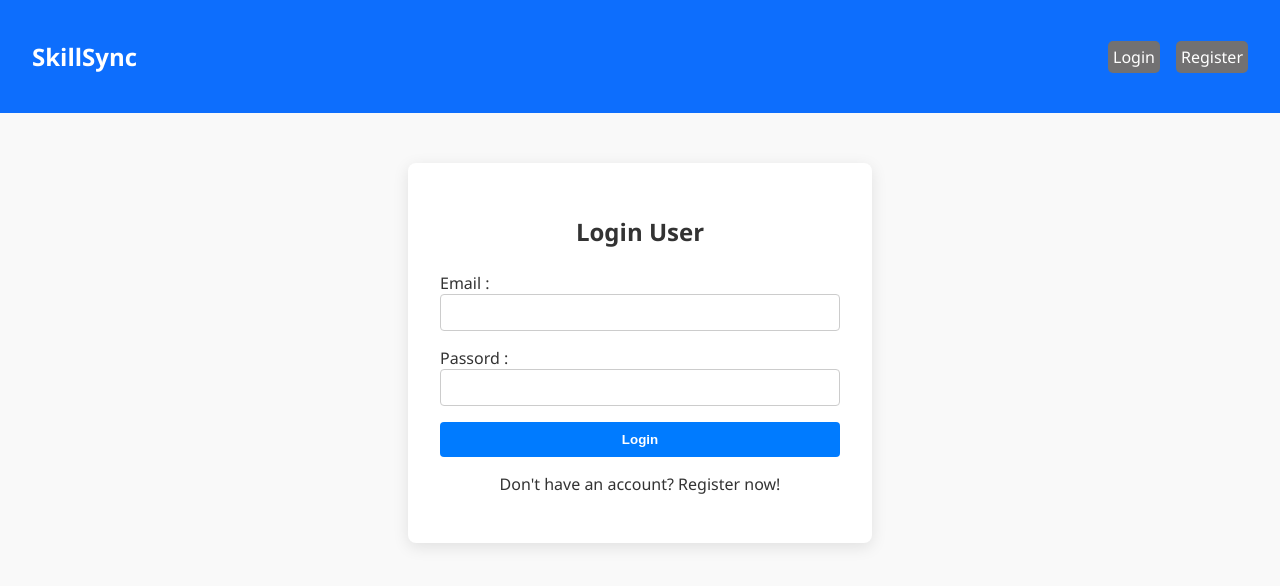
Repository: bharathabhi46/SkillSync-FrontEnd
Page: /UserList
An editor plug-in stored every save of this project. The page is shown before and after a run of saves, followed by the edit.
The browser window is 1280 px wide. The pictures show the whole page.
The project was rebuilt for these pictures with package versions that can differ from the ones it lists, and the page was loaded fresh each time. Also part of the build but not shown: vite.config.js, src/Components/CreateUser/CreateUser.css, src/Components/CreateUser/CreateUser.jsx, src/Components/UserList/UserList.css, src/Components/UserList/UserList.jsx, src/Components/EditUser/EditUser.css, src/Components/EditUser/EditUser.jsx, src/Components/RegisterUser/RegisterUser.css and 3 more.

Above is the page before, as saved 2025-06-28 14:20:08.

After the next 2 saves:
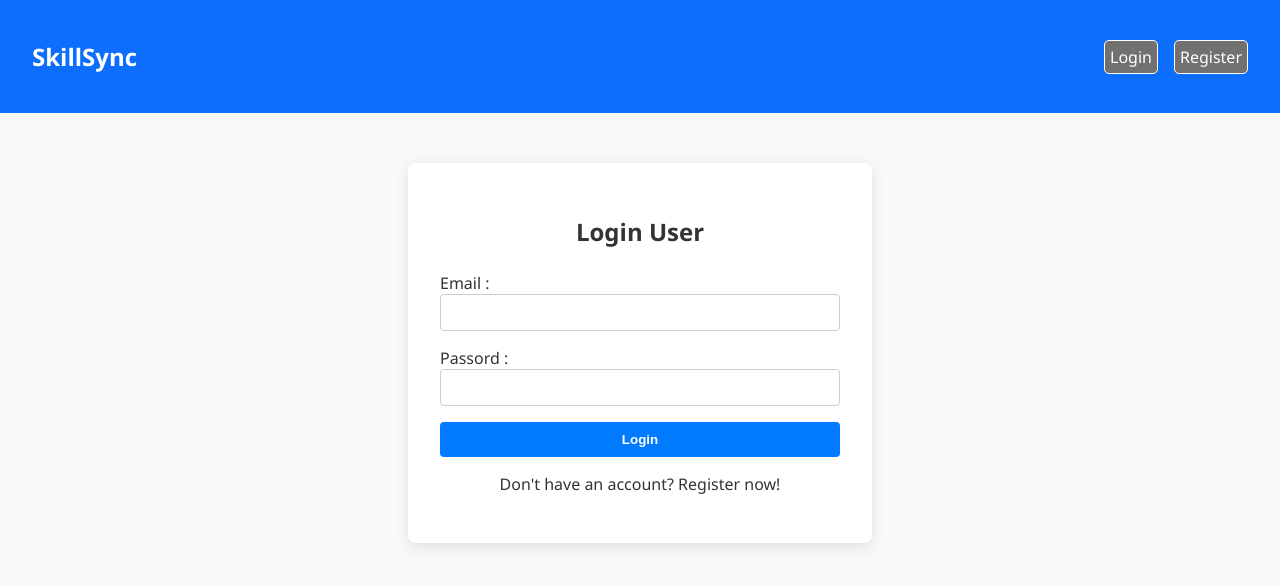
The 2 saves are shown as one change because they came seconds apart.
The last was saved 9 s later.
--- a/src/Components/NavBar/Navbar.css
+++ b/src/Components/NavBar/Navbar.css
@@ -21,7 +21,7 @@
   border-color: rgb(0, 0, 0);
   background-color: rgb(114, 113, 114);
   padding: 5px;
-  border: 10px;
+  border: 1px solid;
   border-radius: 5px;
   cursor: pointer;
 }
